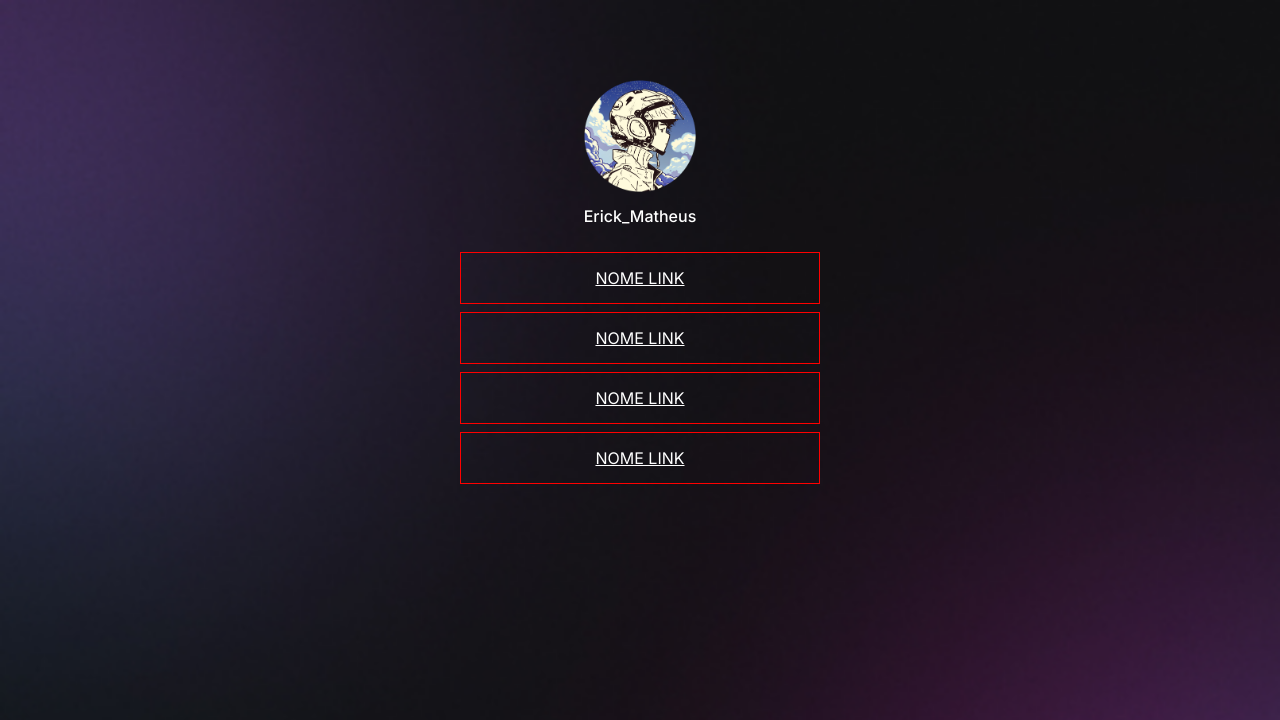
Repository: e-rickmatheus/project_dev_links
Page: index.html
These files come from the project's save history. The page is drawn as it stood at one moment and after a run of saves; the edit follows.
The browser window is 1280 px wide. The pictures show the whole page.

Above is the page before, as saved 2025-04-02 20:45:21.

After the next 5 saves:
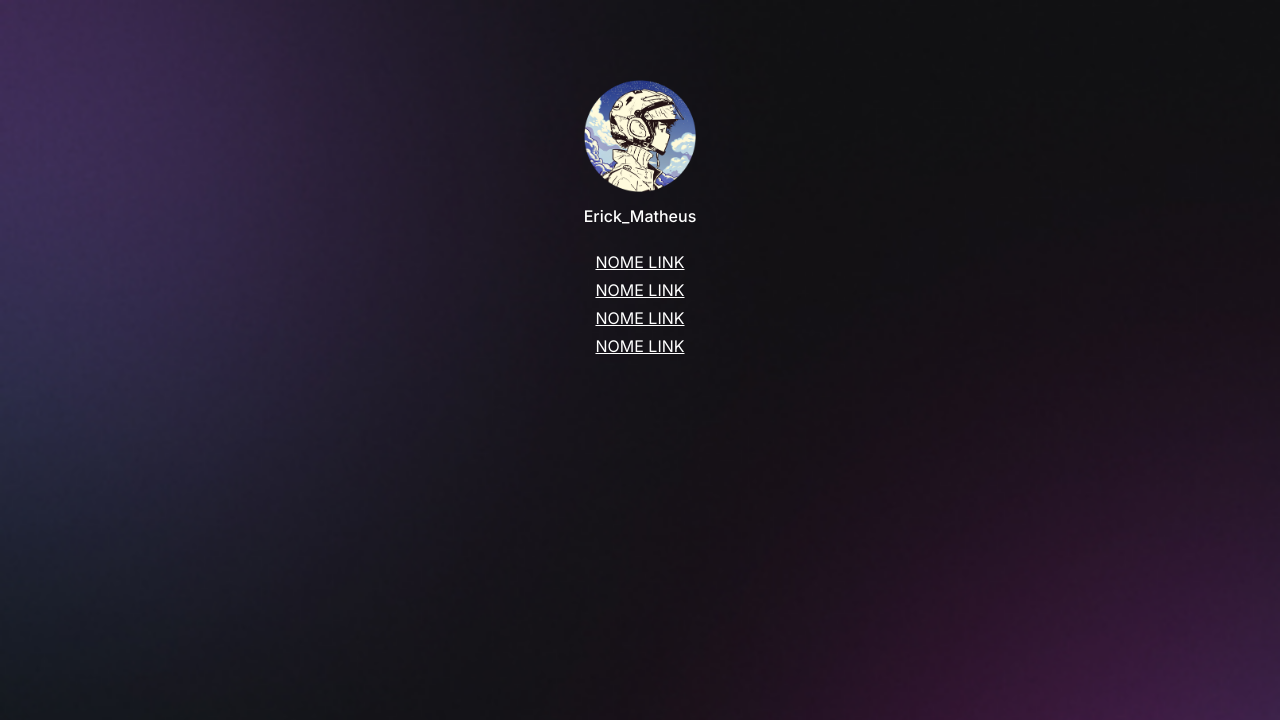
The 5 saves are shown as one change because they came seconds apart.
The last was saved 57 s later.
--- a/style.css
+++ b/style.css
@@ -60,6 +60,6 @@ ul li a {
   display: flex;
   justify-content: center;
   align-items: center;
-  height: 52px;
+  padding: 16px 24px'
   border: 1px solid red;
 }
